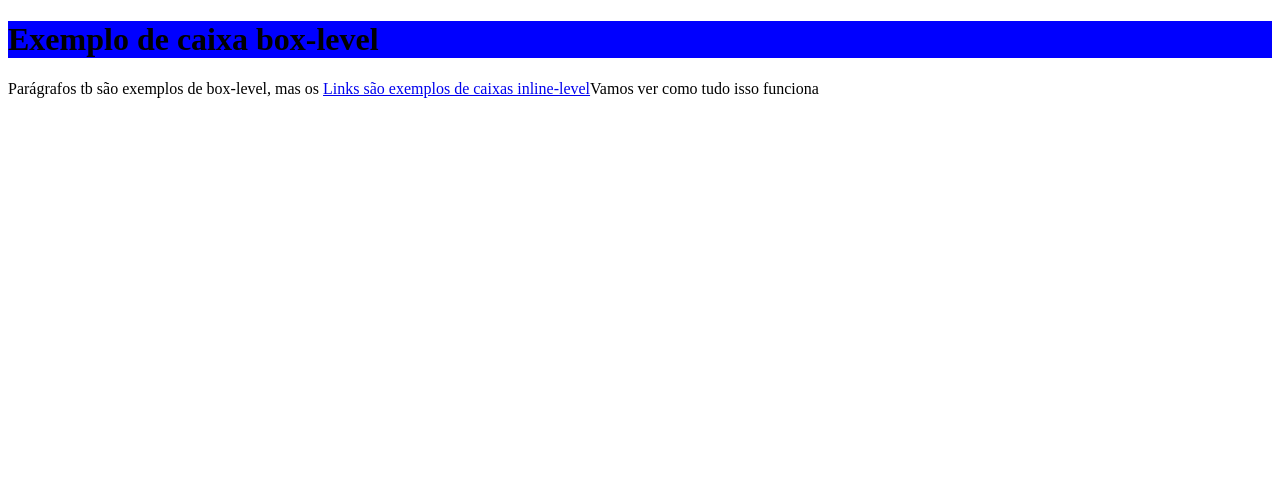
Repository: DorivalJunior14/exercicios
Page: ex.caixas.html/ex.caixas.html
These files come from the project's save history. The page is drawn as it stood at one moment and after a run of saves; the edit follows.
The browser window is 1280 px wide. The pictures show the whole page.

Above is the page before, as saved 2021-05-12 16:18:26.

### ex.caixas.html/ex.caixas.html
<!DOCTYPE html>
<html lang="pt-br">
<head>
    <meta charset="UTF-8">
    <meta name="viewport" content="width=device-width, initial-scale=1.0">
    <title>Modelos de Caixas</title>
    <style>
        h1{
            background-color: blue;
            h
        }
    </style>
</head>
<body>

    <h1>Exemplo de caixa box-level</h1>
    <p>Parágrafos tb são exemplos de box-level, mas os <a href="#">Links são exemplos de caixas inline-level</a>Vamos ver como tudo isso funciona</p>

</body>
</html>

After the next 14 saves:
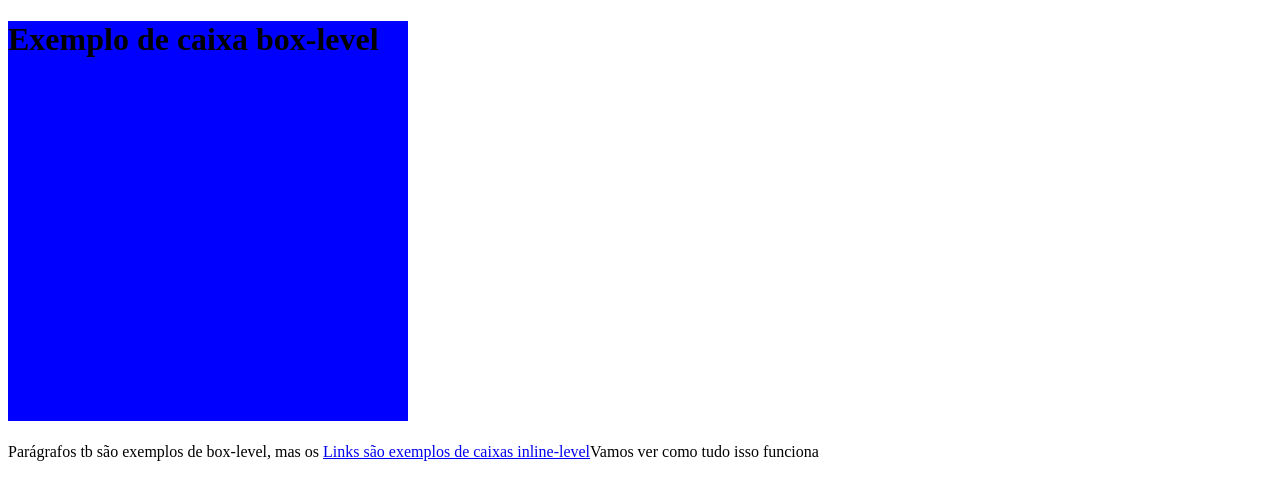
The 14 saves are shown as one change because they came seconds apart.
The last was saved 30 s later.
--- a/ex.caixas.html/ex.caixas.html
+++ b/ex.caixas.html/ex.caixas.html
@@ -7,7 +7,9 @@
     <style>
         h1{
             background-color: blue;
-            h
+            height: 400px;
+            width: 400px;
+            w
         }
     </style>
 </head>
